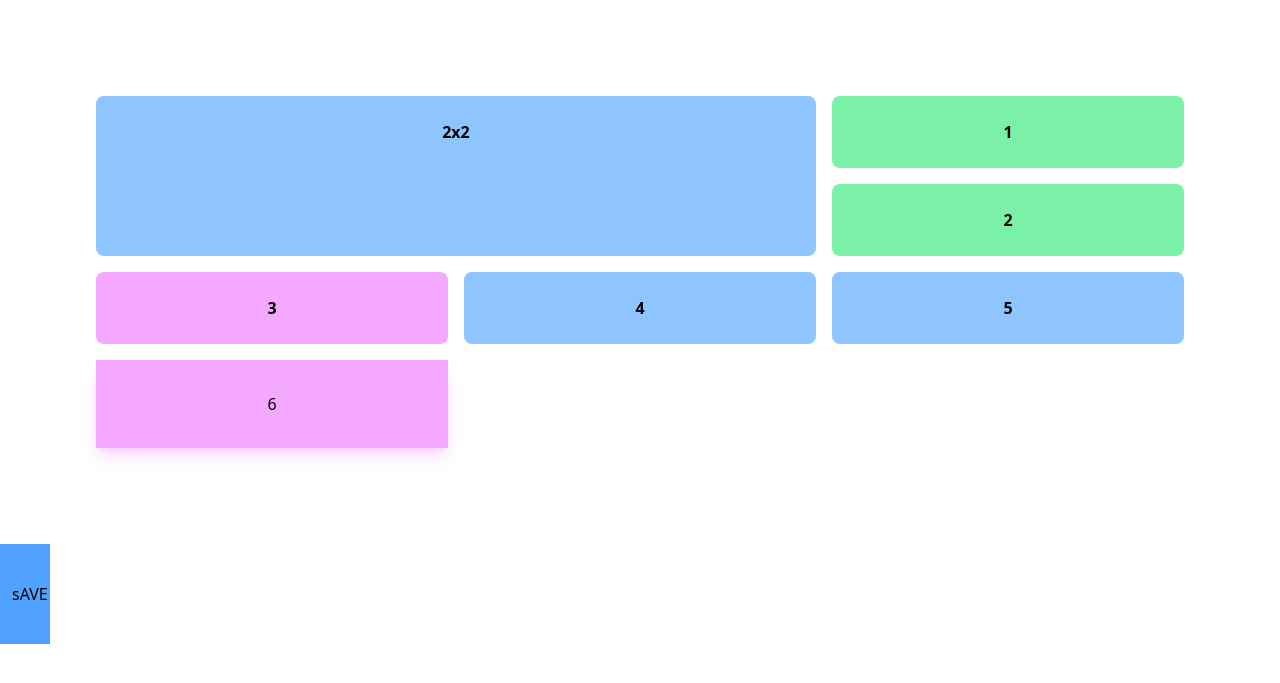
Repository: Abdulahi338/TailwindCss-exercise
Page: Exercise3/index.html
These files come from the project's save history. The page is drawn as it stood at one moment and after the next save; the edit follows.
The browser window is 1280 px wide. The pictures show the whole page.

Above is the page before, as saved 2025-08-12 17:56:19.

After the next save:
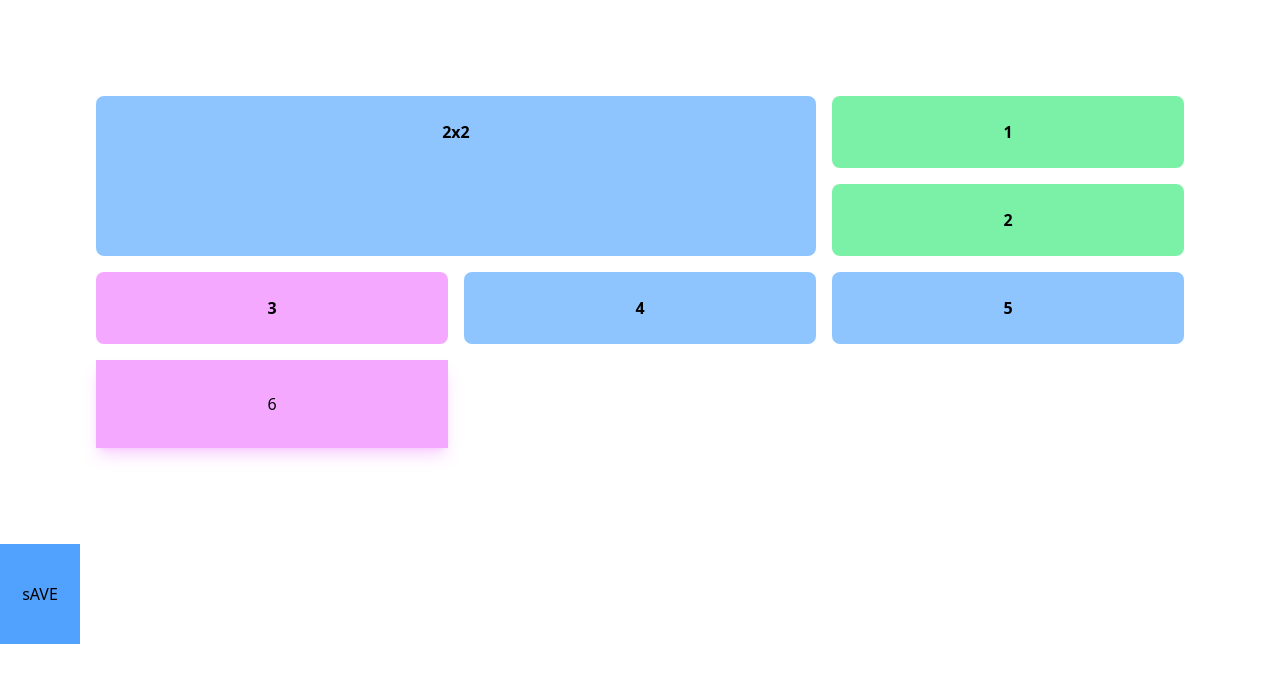
Saved 7 s later.
--- a/Exercise3/index.html
+++ b/Exercise3/index.html
@@ -19,7 +19,7 @@
         <div class="bg-fuchsia-300 p-8 font-med shadow-lg shadow-fuchsia-300/50">6</div>
 
     </div>
-            <button class="p-3 mx-auto w-[50px] h-[100px] bg-blue-400">sAVE</button>
+            <button class="p-3 mx-auto w-[80px] h-[100px] bg-blue-400">sAVE</button>
 
 
 
